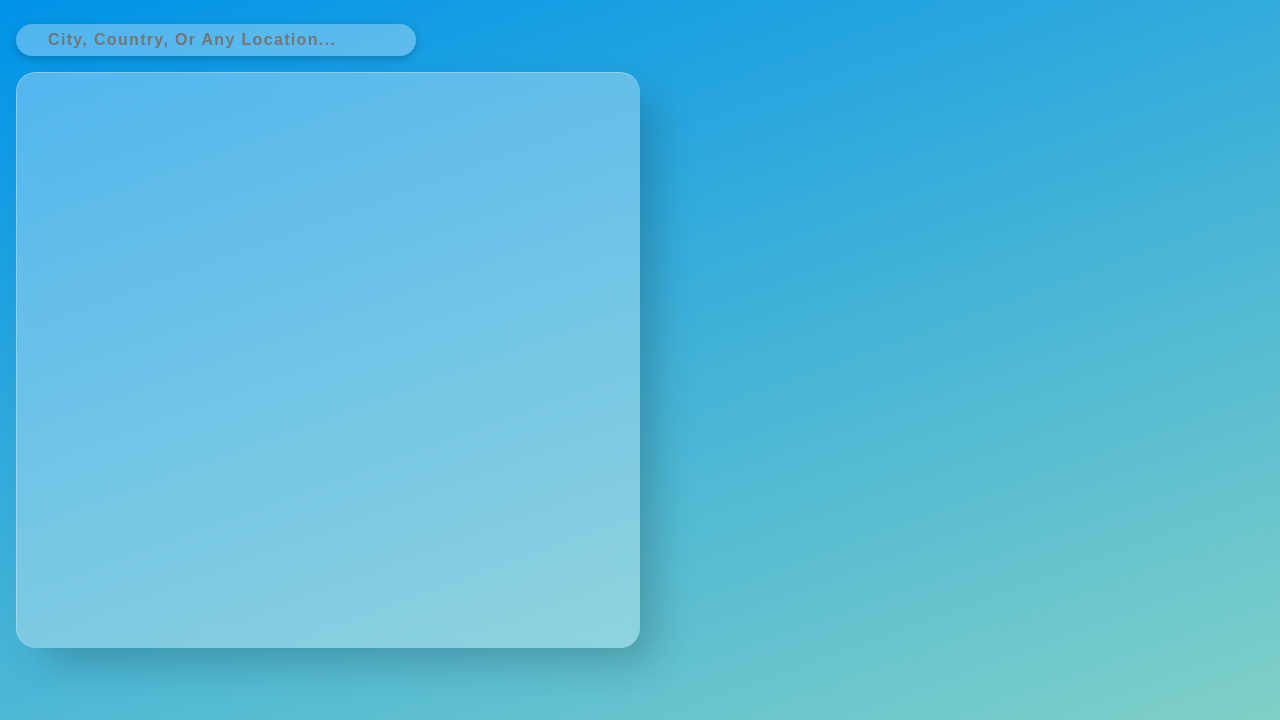
Repository: Haydenleung/weather-app-2024
Page: /
These files come from the project's save history. The page is drawn as it stood at one moment and after the next save; the edit follows.
The browser window is 1280 px wide. The pictures show the whole page.
The project was rebuilt for these pictures with package versions that can differ from the ones it lists, and the page was loaded fresh each time. The framework's server and built-in components were replaced by stand-ins that run in the browser. Also part of the build but not shown: next.config.mjs.

Above is the page before, as saved 2024-02-09 09:25:57.

After the next save:
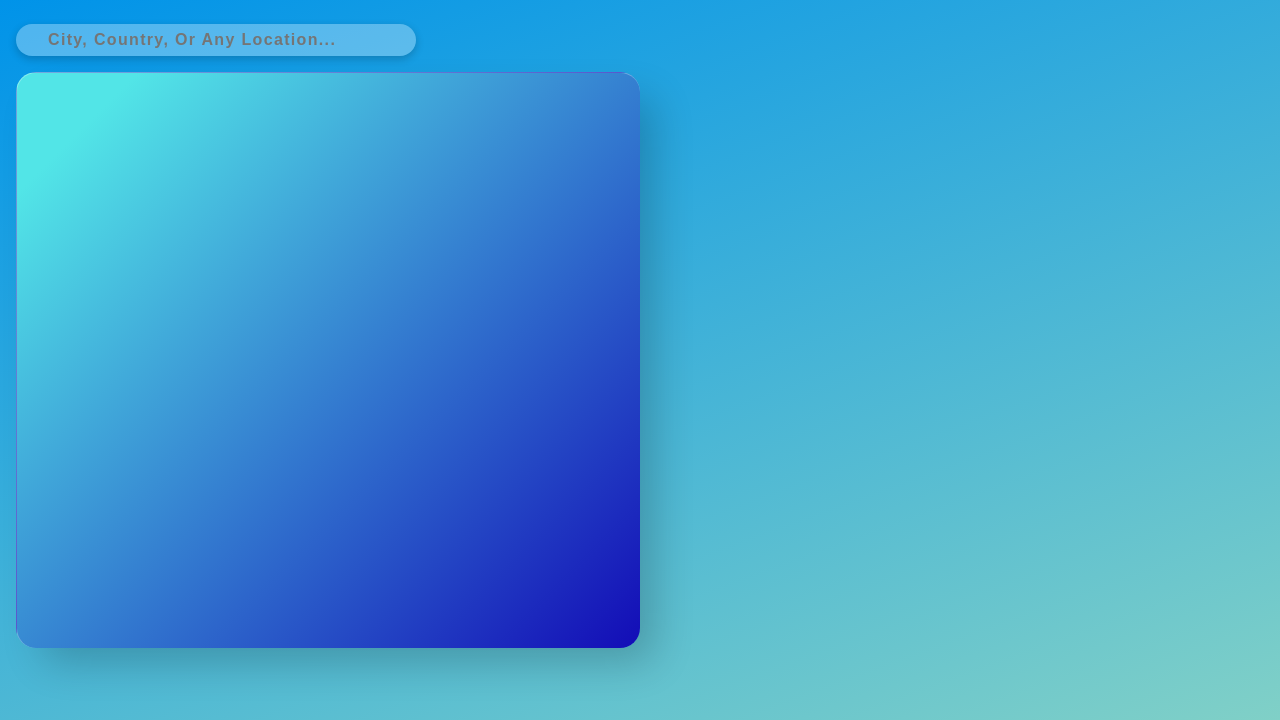
Saved 39 s later.
--- a/src/styles/globals.css
+++ b/src/styles/globals.css
@@ -77,6 +77,7 @@
   position: relative;
   transition: all 0.2s ease-in-out;
   height: 80vh;
+  background-image: linear-gradient(135deg, #52E5E7 10%, #130CB7 100%);
 }
 
 .temp {
